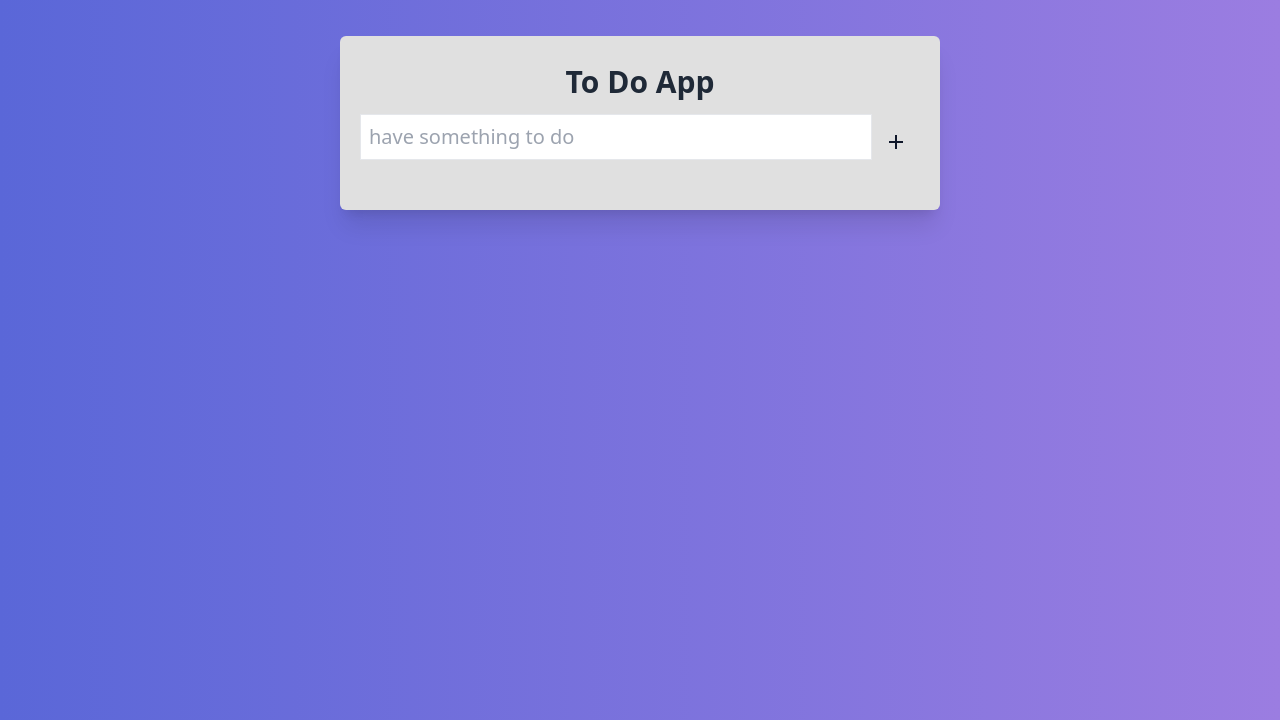
Repository: Nurlan-Bakenbaev/todoapp
Page: /
These files come from the project's save history. The page is drawn as it stood at one moment and after the next save; the edit follows.
The browser window is 1280 px wide. The pictures show the whole page.
The page's requests for data from a server got no answer. The project was rebuilt for these pictures with package versions that can differ from the ones it lists, and the page was loaded fresh each time. No one was signed in, and anything a server would have sent is missing. Also part of the build but not shown: vite.config.js, src/Todo.jsx.

Above is the page before, as saved 2023-08-27 23:27:55.

### index.html
<!doctype html>
<html lang="en">
  <head>
    <meta charset="UTF-8" />
    <link rel="icon" type="image/svg+xml" href="/vite.svg" />
    <meta name="viewport" content="width=device-width, initial-scale=1.0" />
    <title>To do App</title>
  </head>
  <body>
    <div id="root"></div>
    <script type="module" src="/src/main.jsx"></script>
  </body>
</html>

### src/App.jsx
import AddIcon from "@mui/icons-material/Add";
import { useEffect, useState } from "react";
import Todo from "./Todo";
import { db } from "./firebase";
import {
  query,
  collection,
  onSnapshot,
  updateDoc,
  doc,
  addDoc,
  deleteDoc,
} from "firebase/firestore";
function App() {
  const [todos, setToDos] = useState([]);
  const [input, setInput] = useState("");
  const [isAlert, setIsAlert] = useState(false);
  console.log(input);

  //create todo

  const createTodos = async (e) => {
    e.preventDefault(e);
    if (input === "") {
      setIsAlert(true);
    }
    await addDoc(collection(db, "todos"), {
      text: input,
      completed: false,
    });
    setInput("");
  };

  //read todo
  useEffect(() => {
    const q = query(collection(db, "todos"));
    const unsubscribe = onSnapshot(q, (querySnapshot) => {
      // Changed parameter name to querySnapshot
      let todosArr = []; // Changed variable name to todosArr
      querySnapshot.forEach((doc) => {
        // Changed querySnapshotforEach to querySnapshot.forEach
        todosArr.push({ ...doc.data(), id: doc.id });
      });
      setToDos(todosArr);
    });
    return () => unsubscribe(); // Added parentheses to call unsubscribe function
  }, []);

  //update todo
  const toggleComplete = async (todo) => {
    await updateDoc(doc(db, "todos", todo.id), {
      completed: !todo.completed,
    });
  };

  //delete todo
  const deleteTodo = async (id) => {
    await deleteDoc(doc(db, "todos", id));
  };

  //styling
  const style = {
    bg: `min-h-[100vh] p-4 bg-gradient-to-r from-[#5A67D8] to-[#9B7DE1]`,
    container: `bg-[#e0e0e0] max-w-[600px] w-full m-auto rounded-md shadow-xl p-5 mt-5`,
    heading: `text-3xl font-bold text-center text-gray-800 p-2`,
    form: `flex justify-between items-center`,
    input: `border p-2 w-full text-xl outline-none`,
    button: `p-3 mt-2  text-slate-900`,
    count: "text-center p-3",
    ul: "flex flex-col gap-2 ",
    alert: "w-[35%] p-3 text-[red] text-xl flex items-center ",
  };
  return (
    <div className={style.bg}>
      <div className={style.container}>
        <div className={style.heading}>To Do App </div>
        <form onSubmit={createTodos} className={style.form}>
          <input
            onChange={(e) => {
              setInput(e.target.value);
              setIsAlert(false);
            }}
            value={input}
            className={style.input}
            type="text"
            placeholder="have something to do"
          />
          <button onClick={() => createTodos} className={style.button}>
            <AddIcon />
          </button>
        </form>
        <div className={style.alert}>
          <p className={isAlert ? "animate-bounce" : "hidden"}>
            Enter a valid todo
          </p>
        </div>
        <ul className={style.ul}>
          {todos.map((todo, index) => (
            <Todo
              deleteTodo={deleteTodo}
              key={index}
              todo={todo}
              toggleComplete={toggleComplete}
            />
          ))}
        </ul>

        <div className={todos.length<1 ? 'hidden' : ''}>
          <p className={style.count}>
            You have -{todos.length > 1 ? todos.length + " todos " : " todo"}
          </p>
        </div>
      </div>
    </div>
  );
}

export default App;

### src/firebase.js
// Import the functions you need from the SDKs you need
import { initializeApp } from "firebase/app";
import { getFirestore } from "firebase/firestore";

// TODO: Add SDKs for Firebase products that you want to use
// https://firebase.google.com/docs/web/setup#available-libraries

// Your web app's Firebase configuration
const firebaseConfig = {
  apiKey: "AIzaSyCUE2Nuw2nAi5AdTNtDxa7wwcdkyvd6OPQ",
  authDomain: "todoapp-78b9b.firebaseapp.com",
  projectId: "todoapp-78b9b",
  storageBucket: "todoapp-78b9b.appspot.com",
  messagingSenderId: "711394024015",
  appId: "1:711394024015:web:e17e2ef6b17d53db6b683a"
};

// Initialize Firebase
const app = initializeApp(firebaseConfig);
export const db = getFirestore(app)

Loaded but not shown: src/main.jsx (common file); src/index.css (common file); tailwind.config.js (common file)

After the next save:
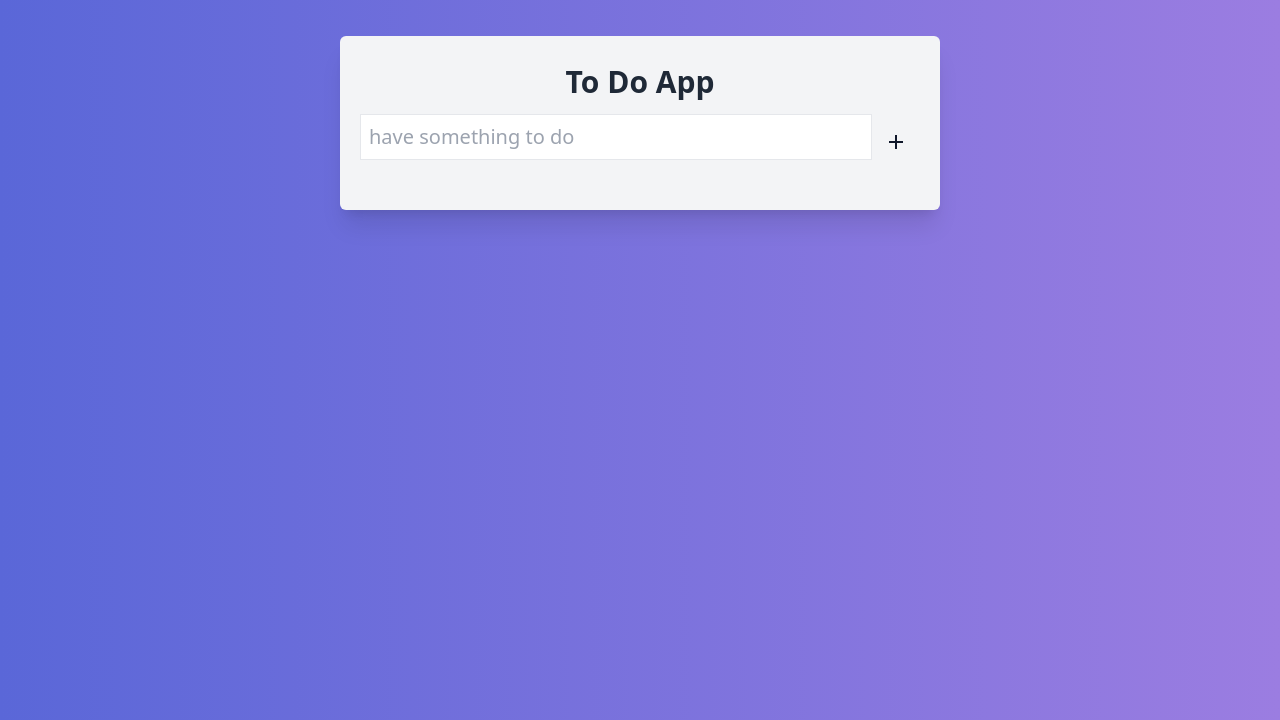
Saved 51 s later.
--- a/src/App.jsx
+++ b/src/App.jsx
@@ -61,7 +61,7 @@ function App() {
   //styling
   const style = {
     bg: `min-h-[100vh] p-4 bg-gradient-to-r from-[#5A67D8] to-[#9B7DE1]`,
-    container: `bg-[#e0e0e0] max-w-[600px] w-full m-auto rounded-md shadow-xl p-5 mt-5`,
+    container: `bg-gray-100 max-w-[600px] w-full m-auto rounded-md shadow-xl p-5 mt-5`,
     heading: `text-3xl font-bold text-center text-gray-800 p-2`,
     form: `flex justify-between items-center`,
     input: `border p-2 w-full text-xl outline-none`,
